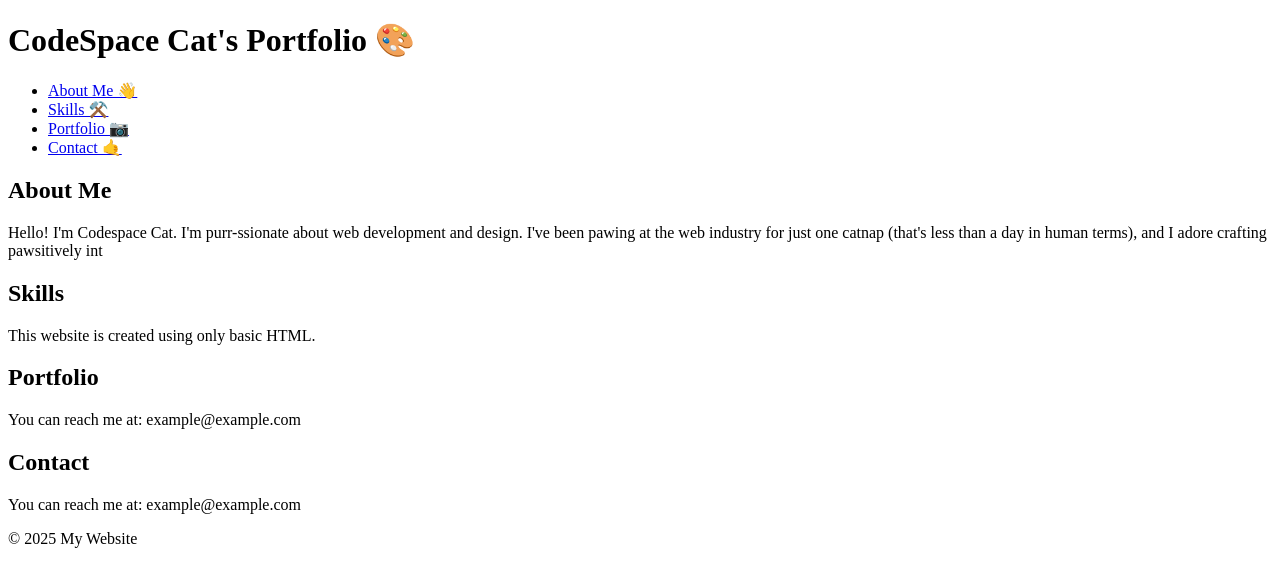
Repository: andajonas/Module_04_ANDJON25111_fto2502_A2_Anda-Jonas_SDF02
Page: index.html
These files come from the project's save history. The page is drawn as it stood at one moment and after a run of saves; the edit follows.
The browser window is 1280 px wide. The pictures show the whole page.

Above is the page before, as saved 2025-03-05 09:09:04.

After the next 3 saves:
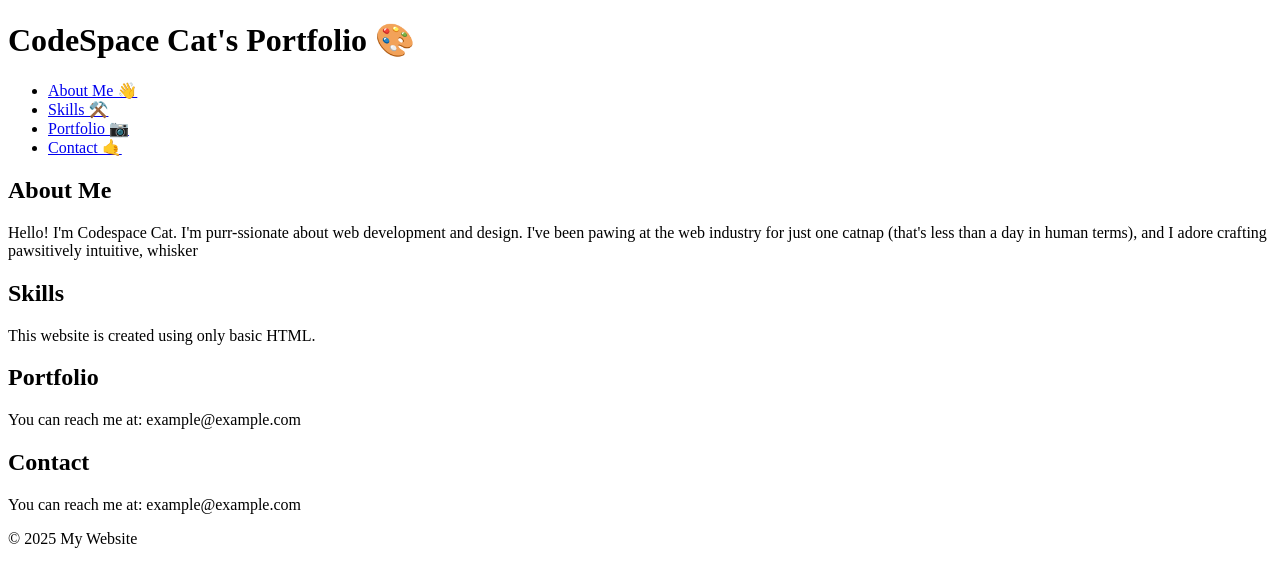
The 3 saves are shown as one change because they came seconds apart.
The last was saved 9 s later.
--- a/index.html
+++ b/index.html
@@ -17,7 +17,7 @@
     </nav>
     <section id="about me">
         <h2>About Me</h2>
-        <p>Hello! I'm Codespace Cat. I'm purr-ssionate about web development and design. I've been pawing at the web industry for just one catnap (that's less than a day in human terms), and I adore crafting pawsitively int </p>
+        <p>Hello! I'm Codespace Cat. I'm purr-ssionate about web development and design. I've been pawing at the web industry for just one catnap (that's less than a day in human terms), and I adore crafting pawsitively intuitive, whisker </p>
     </section>
     <section id="skills">
         <h2>Skills</h2>
